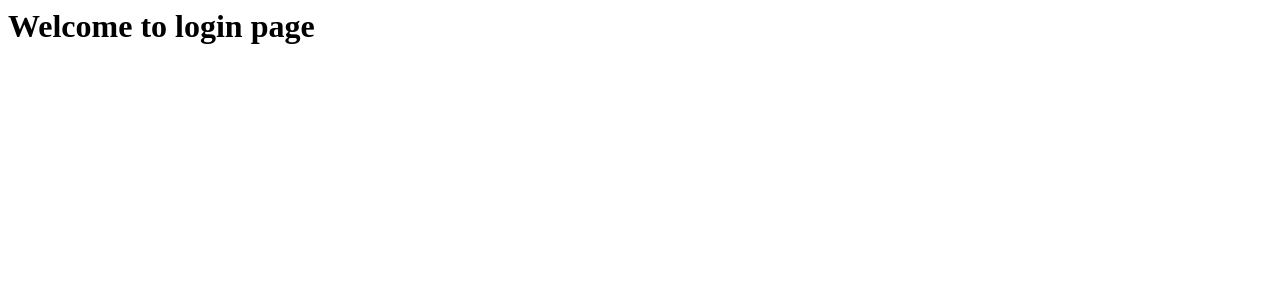
Repository: rkgupta8858/Advance-Java-Practice
Page: http://localhost/Spring-WebMVC2/
The author's editor kept a copy of each file at every save. The page is drawn from the files as they stood at one save, then again after the next save.
The browser window is 1280 px wide. The pictures show the whole page.
The page is served by Tomcat 9. Other server files are loaded and not shown.

Above is the page before, as saved 2025-11-19 12:36:29.

### Spring MVC/Spring-WebMVC2/src/main/webapp/index.jsp
<html>
<body>
	<div>
		<h1>Welcome to login page</h1>

	</div>
</body>
</html>

After the next save:
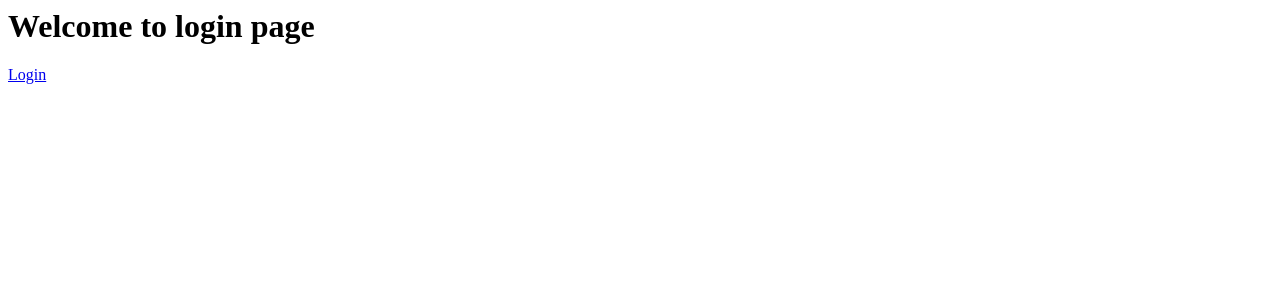
Saved 31 s later.
--- a/Spring MVC/Spring-WebMVC2/src/main/webapp/index.jsp
+++ b/Spring MVC/Spring-WebMVC2/src/main/webapp/index.jsp
@@ -2,7 +2,7 @@
 <body>
 	<div>
 		<h1>Welcome to login page</h1>
-
+		<a href="login">Login</a>
 	</div>
 </body>
 </html>
